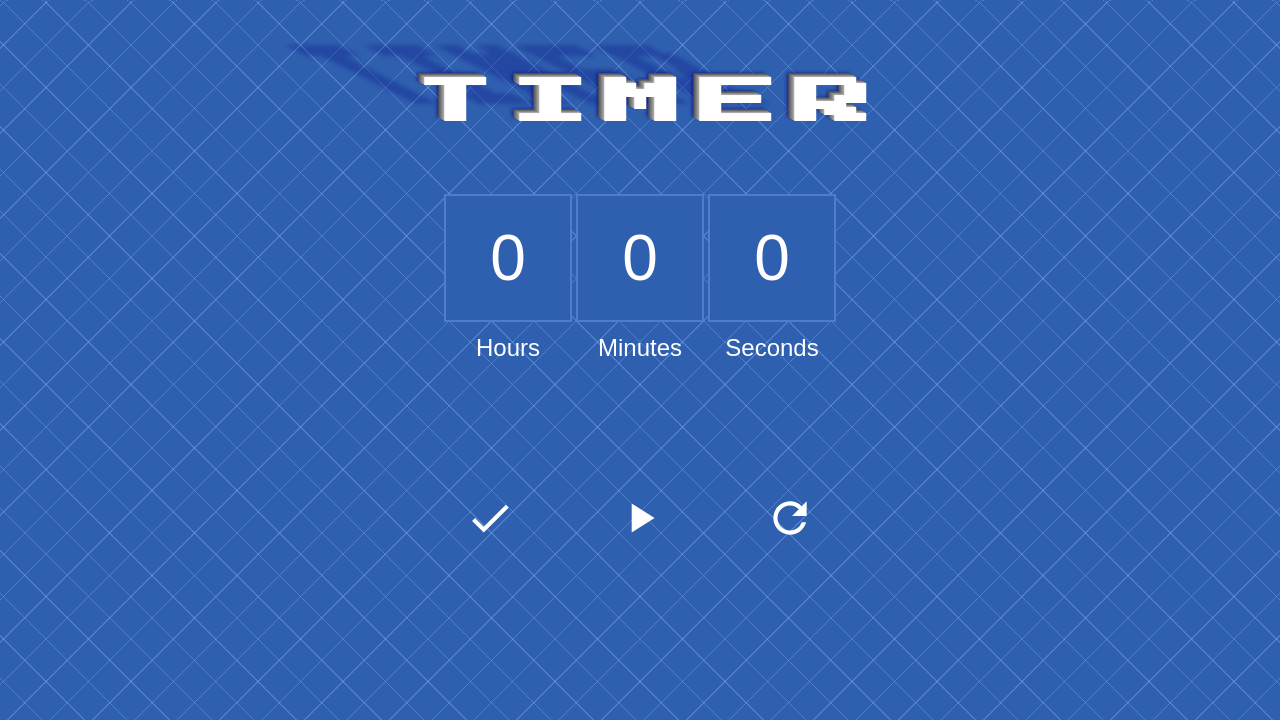
Repository: KrzysKolo/Projekt-12_Timer
Page: index.html
These files come from the project's save history. The page is drawn as it stood at one moment and after the next save; the edit follows.
The browser window is 1280 px wide. The pictures show the whole page.
Some web fonts or font styles are not loaded; a fallback is used.

Above is the page before, as saved 2020-06-24 22:52:27.

### index.html
<!DOCTYPE html>
<html lang="en">
  <head>
    <meta charset="UTF-8" />
    <meta name="viewport" content="width=device-width, initial-scale=1.0" />
    <title>Taimer</title>
    <link
      href="https://fonts.googleapis.com/css2?family=Aldrich&family=Press+Start+2P&display=swap"
      rel="stylesheet"
    />

    <link rel="stylesheet" href="./css/style.css" />
  </head>
  <body>
    <main class="timer">
      <header class="timer__header">
        <h1 class="timer__heading" data-text="TIMER">
          Timer
        </h1>
      </header>
      <article class="timer__clock">
        <!-- input hours-->
        <section class="clock">
          <input
            type="number"
            name="hours"
            id="hours"
            value="0"
            min="0"
            max="99"
            class="clock__input"
            data-timer-input__hours
          />
          <label for="hours" class="clock__label">Hours</label>
        </section>
        <!-- input minutes-->
        <section class="clock">
          <input
            type="number"
            name="minutes"
            id="minutes"
            value="0"
            min="0"
            max="59"
            class="clock__input"
            data-timer-input__minutes
          />
          <label for="minutes" class="clock__label">Minutes</label>
        </section>
        <!-- input seconds -->
        <section class="clock">
          <input
            type="number"
            name="seconds"
            id="seconds"
            value="0"
            min="0"
            max="59"
            class="clock__input"
            data-timer-input__seconds
          />
          <label for="seconds" class="clock__label">Seconds</label>
        </section>
      </article>
      <article class="timer__buttons">
        <!-- button 1 -->
        <button class="button">
          <svg class="button__icon">
            <use xlink:href="./assets/icons/sprite.svg#done-24px"></use>
          </svg>
        </button>
        <!-- button 2 -->
        <button class="button">
          <svg class="button__icon">
            <use xlink:href="./assets/icons/sprite.svg#play_arrow-24px"></use>
          </svg>
        </button>
        <!-- button 3 -->
        <button class="button">
          <svg class="button__icon">
            <use xlink:href="./assets/icons/sprite.svg#refresh-24px"></use>
          </svg>
        </button>
        <!-- dźwięk -->
        <section class="timer__audio">
          <audio src="./assets/sounds/alarm.mp3" loop></audio>
          <button class="button">
            <svg class="button__icon button__icon--alarm hide">
              <use xlink:href="./assets/icons/sprite.svg#timer-24px"></use>
            </svg>
          </button>
        </section>
      </article>
    </main>
  </body>
</html>

### css/style.css
*,
*::before,
*::after {
  padding: 0;
  margin: 0;
  box-sizing: inherit;
  font-size: 16px;
}
body {
  box-sizing: border-box;
  color: #fff;
  font-family: "Aldrich", sans-serif;
  background-color: #2f5faf;
  background-position: 0 1px;

  background-image: -webkit-repeating-linear-gradient(
      deg,
      rgba(125, 170, 242, 0.4),
      rgba(125, 170, 242, 0.4) 1px,
      transparent 1px,
      transparent 30px
    ),
    -webkit-repeating-linear-gradient(90deg, rgba(125, 170, 242, 0.4), rgba(
            125,
            170,
            242,
            0.4
          )
          1px, transparent 1px, transparent 30px);
  background-image: repeating-linear-gradient(
      -45deg,
      rgba(125, 170, 242, 0.4),
      rgba(125, 170, 242, 0.4) 1px,
      transparent 1px,
      transparent 30px
    ),
    repeating-linear-gradient(
      45deg,
      rgba(125, 170, 242, 0.4),
      rgba(125, 170, 242, 0.4) 1px,
      transparent 1px,
      transparent 30px
    );
}
.timer {
  width: 100vw;
  height: 100vh;
  position: relative;

  display: flex;
  flex-direction: column;
  justify-content: flex-start;
  align-items: flex-start;
  align-items: center;
}
.timer__header {
  padding: 1rem;
}

.timer__heading {
  font-family: "Press Start 2P", cursive;
  font-size: 4rem;
  text-transform: uppercase;
  position: relative;
  top: 50%;
  left: -25%;
  transform: calc(-50%, -50%);
  color: rgba(0, 0, 0, 0);

  transform: skew(63deg, 0deg);
  letter-spacing: 15px;
  text-shadow: 0 0 3px rgba(0, 0, 128, 0.25);
  z-index: 50;
}
.timer__heading::after {
  content: attr(data-text);
  font-family: "Press Start 2P", cursive;
  font-size: 5rem;
  position: absolute;
  top: 15px;
  left: 25px;
  color: rgba(255, 255, 255, 1);

  transform: skew(-63deg) scale(1, 0.6);

  text-shadow: -1px -1px 1px #aaa, -2px -2px 1px #999, -3px -3px 1px #888,
    -4px -4px 1px #777, -5px -5px 1px #666, -6px -6px 1px #555,
    -7px -7px 5px rgba(0, 0, 128, 0.75);
  z-index: 100;
}
.timer__clock {
  display: flex;
  padding: 6rem 0;
}
.timer__buttons {
  width: 450px;
  display: flex;
  justify-content: space-around;
  margin-top: 35px;
  position: relative;
}
.timer__audio {
  position: absolute;
  bottom: -100px;
}
.clock {
  display: flex;
  flex-direction: column;
  align-items: center;
}
.clock__input {
  background-color: #2f5faf;
  color: #fff;
  font-family: inherit;
  font-size: 4rem;
  width: 8rem;
  height: 8rem;
  text-align: center;
  border: 2px solid rgba(125, 170, 242, 0.4);
  margin: 2px;
}
.clock__input::-webkit-inner-spin-button {
  -webkit-appearance: none;
}
.clock__input:disabled {
  border: none;
}
.clock__label {
  font-size: 1.5rem;
  padding-top: 10px;
}
.button {
  background-color: transparent;
  border: none;
  cursor: pointer;
}
.button__icon {
  height: 50px;
  width: 50px;
  fill: #fff;
  transition: fill 0.1s ease-in;
}
.button__icon:hover {
  fill: yellow;
}
.button__icon--alarm {
  fill: #c93030;
  animation: shake 0.1s ease-in infinite;
}
.hide {
  display: none;
}
@keyframes shake {
  25% {
    transform: translateX(-1px);
  }
  75% {
    transform: translateX(1px);
  }
}

After the next save:
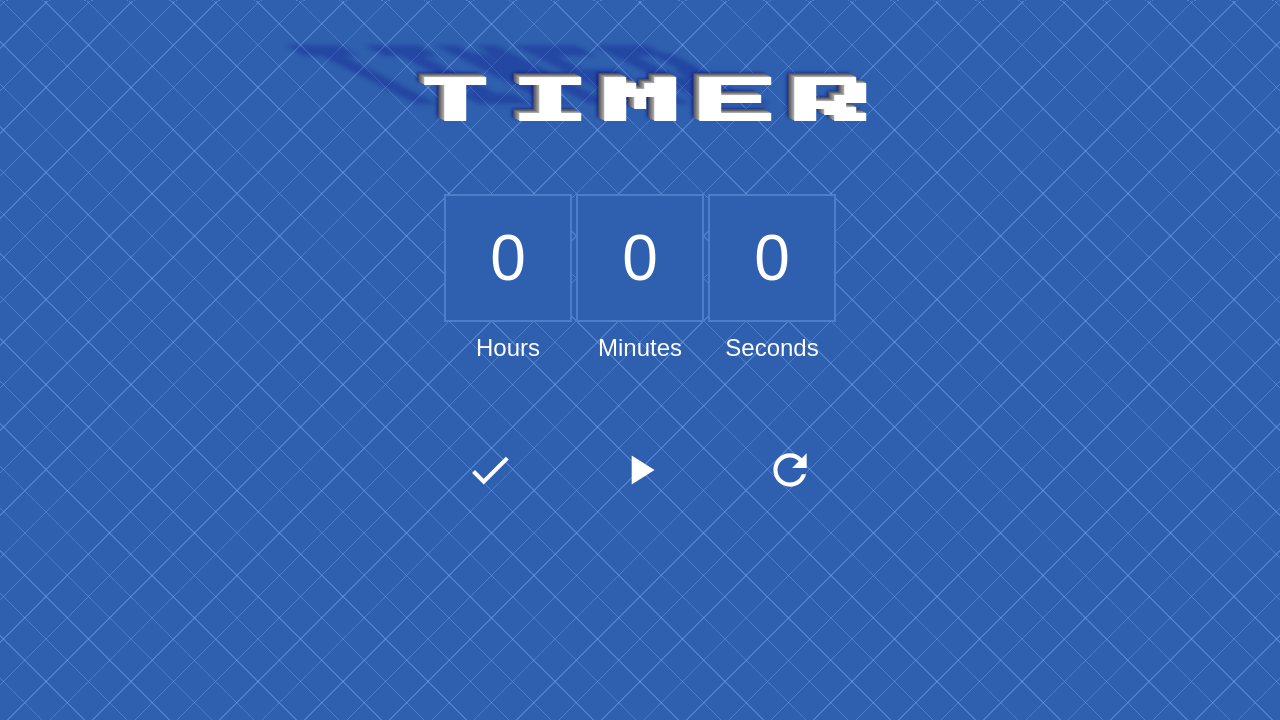
Saved 2 min 8 s later.
--- a/css/style.css
+++ b/css/style.css
@@ -90,7 +90,8 @@ body {
 }
 .timer__clock {
   display: flex;
-  padding: 6rem 0;
+  padding-top: 6rem;
+  padding-bottom: 3rem;
 }
 .timer__buttons {
   width: 450px;
